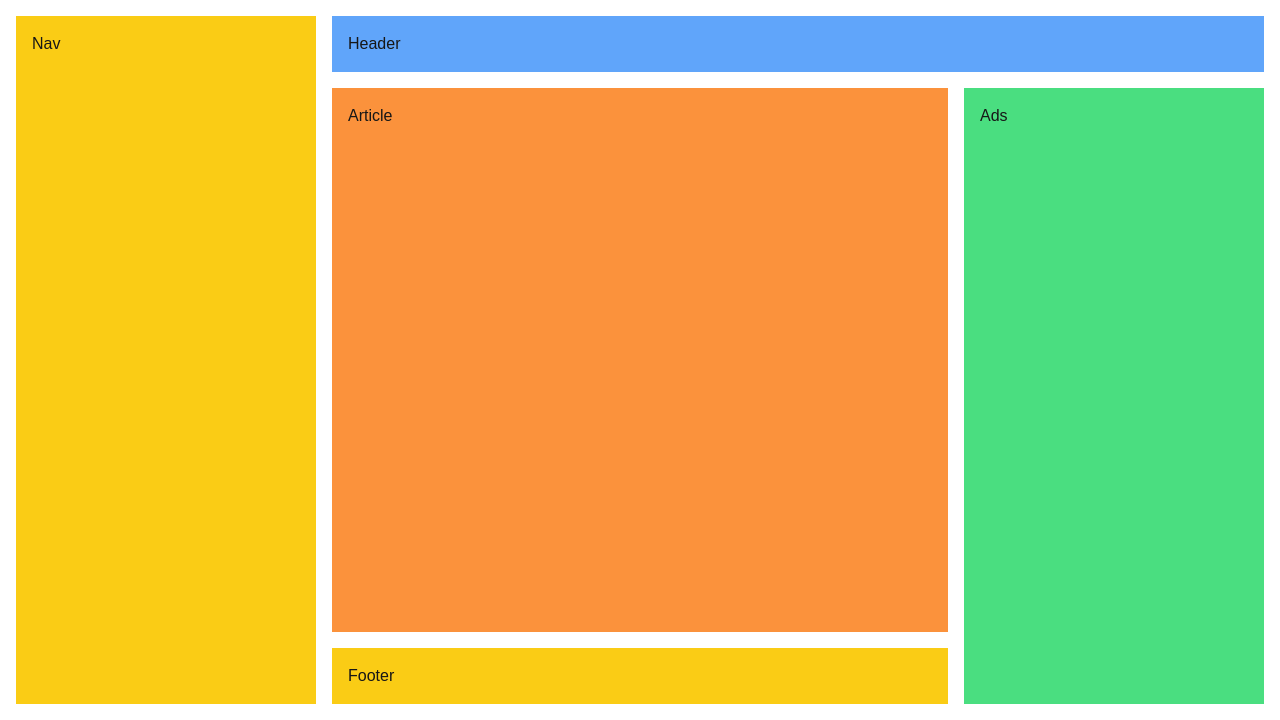
Repository: asadullah48/Understanding-Grid
Page: /
These files come from the project's save history. The page is drawn as it stood at one moment and after the next save; the edit follows.
The browser window is 1280 px wide. The pictures show the whole page.
The project was rebuilt for these pictures with package versions that can differ from the ones it lists, and the page was loaded fresh each time. The framework's server and built-in components were replaced by stand-ins that run in the browser. Also part of the build but not shown: next.config.ts.

Above is the page before, as saved 2025-01-22 09:45:25.

After the next save:
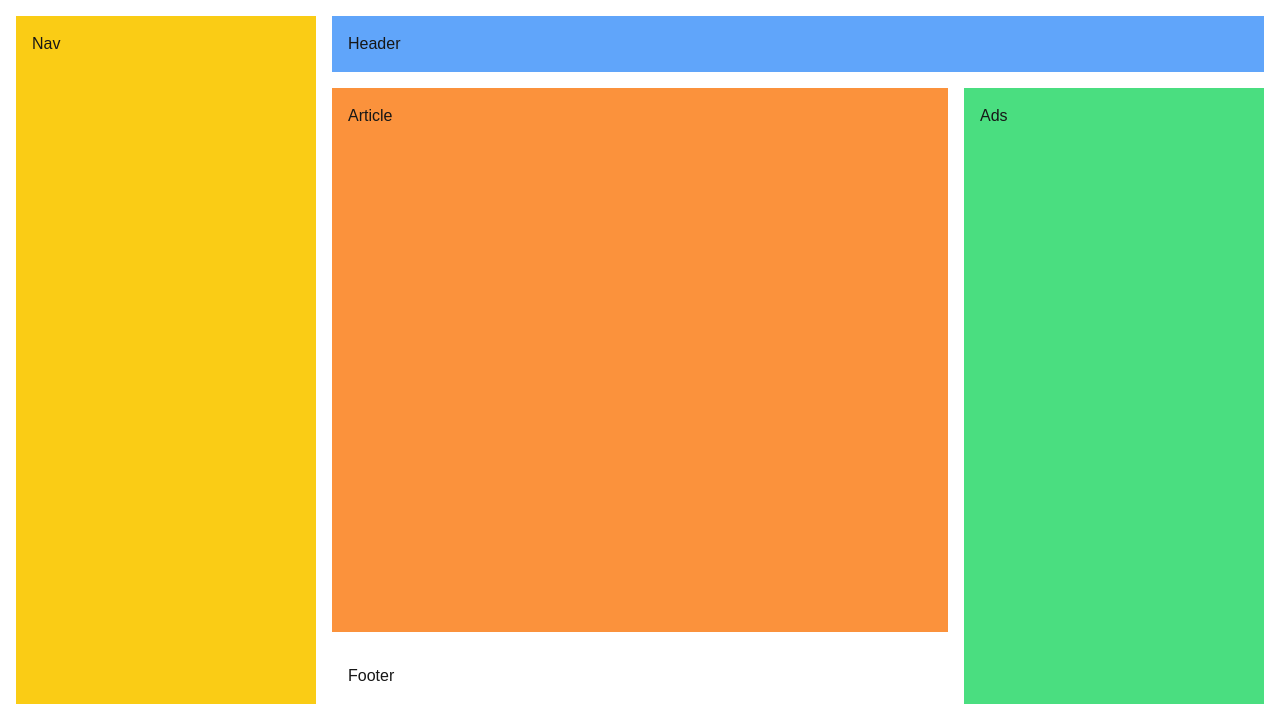
Saved 7 s later.
--- a/src/app/page.tsx
+++ b/src/app/page.tsx
@@ -14,7 +14,7 @@
       <aside className="bg-green-400 p-4 row-span-2 col-span-1">Ads</aside>
 
       {/* Footer */}
-      <footer className="bg-yellow-400 p-4 col-span-2 col-start-2">Footer</footer>
+      <footer className="bg--400 p-4 col-span-2 col-start-2">Footer</footer>
     </div>
   );
 }

After the save that followed:
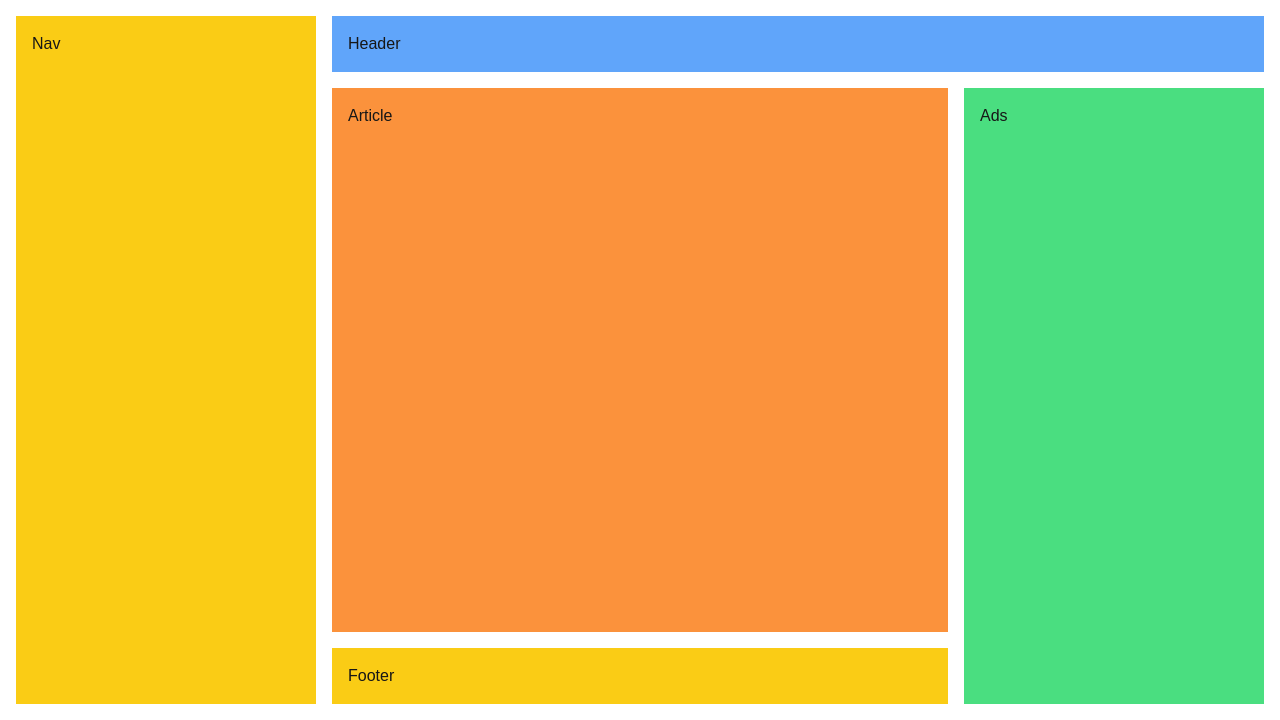
Saved 8 s later.
--- a/src/app/page.tsx
+++ b/src/app/page.tsx
@@ -14,7 +14,7 @@
       <aside className="bg-green-400 p-4 row-span-2 col-span-1">Ads</aside>
 
       {/* Footer */}
-      <footer className="bg--400 p-4 col-span-2 col-start-2">Footer</footer>
+      <footer className="bg-yellow-400 p-4 col-span-2 col-start-2">Footer</footer>
     </div>
   );
 }
